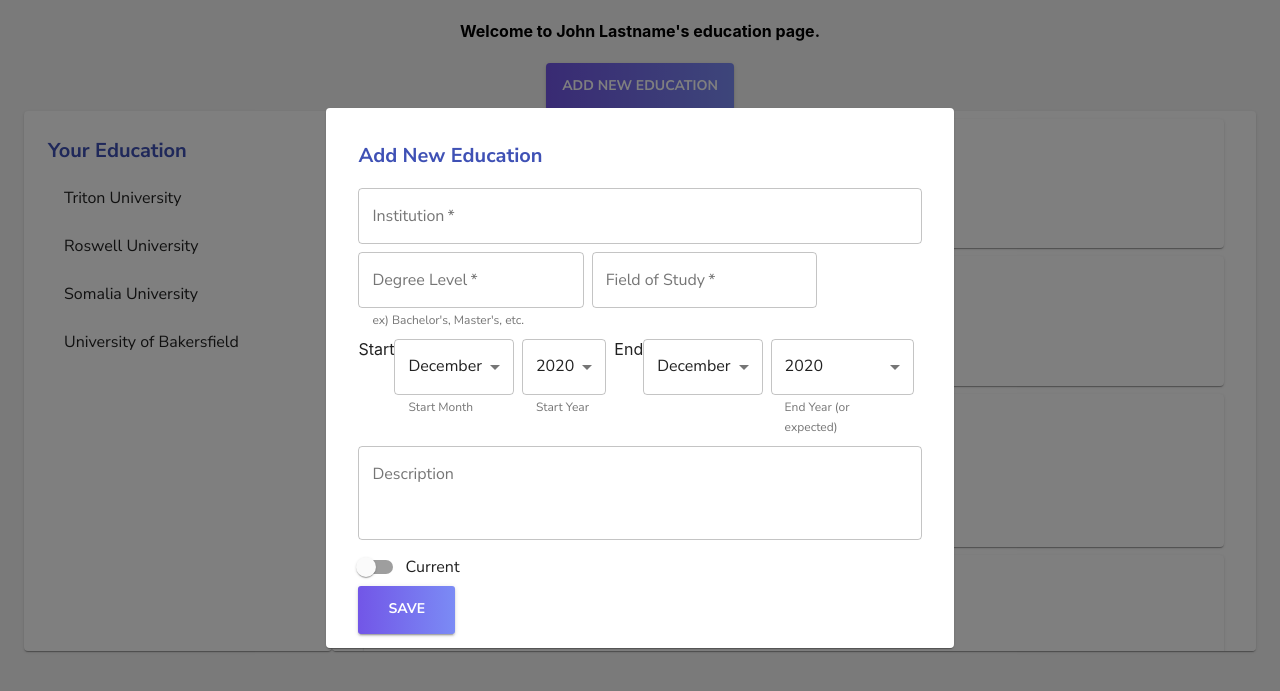
Repository: noellered/Showwcase-React-Challenge
Page: / (app in showwcase-education-react/), after clicking the first element matching `button.MuiButtonBase-root`
These files come from the project's save history. The page is drawn as it stood at one moment and after the next save; the edit follows.
The browser window is 1280 px wide. The pictures show the whole page.
The page's requests for data from a server got no answer. An inner scrolling area shows only its first screen. The project was rebuilt for these pictures with package versions that can differ from the ones it lists, and the page was loaded fresh each time. No one was signed in, and anything a server would have sent is missing. Also part of the build but not shown: showwcase-education-react/src/components/Home.tsx.

Above is the page before, as saved 2020-12-17 18:04:11.

After the next save:
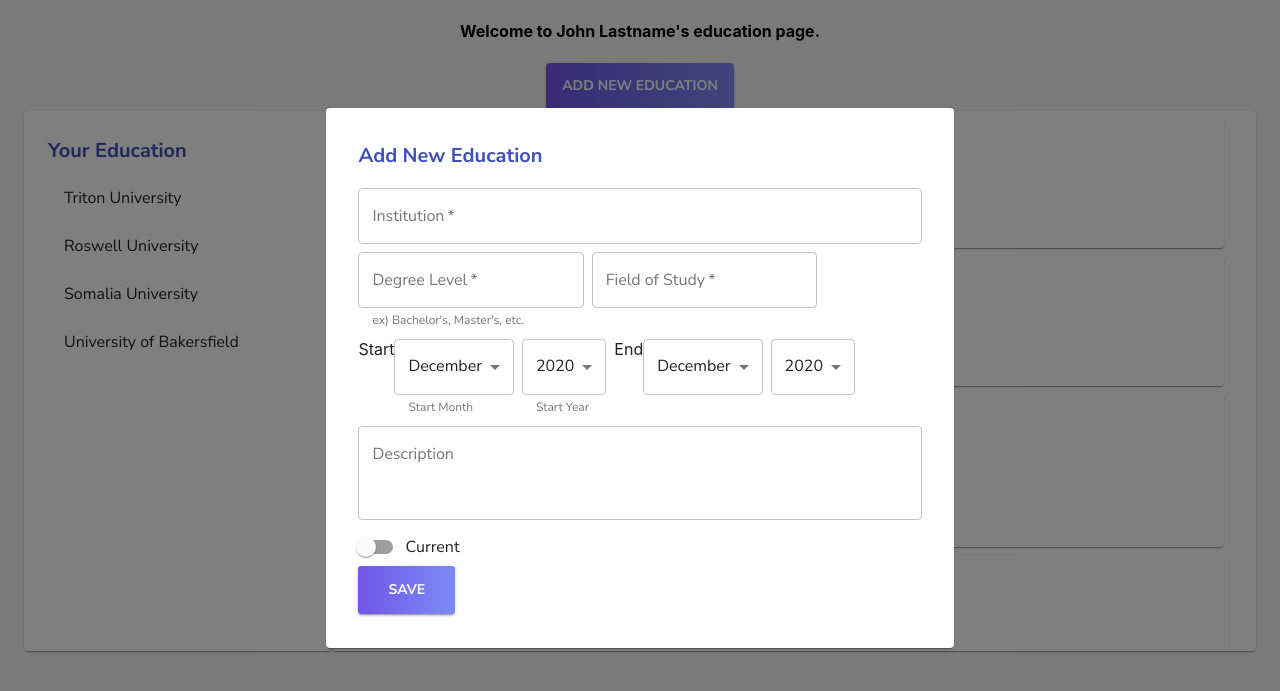
Saved 4 s later.
--- a/showwcase-education-react/src/components/education/EducationModalContent.tsx
+++ b/showwcase-education-react/src/components/education/EducationModalContent.tsx
@@ -181,7 +181,7 @@ const EducationModalContent:FunctionComponent<{handleUpdate: any}>= ({ handleUpd
 
                   <label>End</label>
                     <MonthPicker className={`${classes.input} ${classes.mr}`} id="endMonth" onChange={(e)=> setEnd({...end, month: e.target.value})}/>
-                    <YearPicker className={`${classes.input} ${classes.mr}`} label="End Year (or expected)" id="endYear" onChange={(e)=> setEnd({...end, year: e.target.value})}/>
+                    <YearPicker className={`${classes.input} ${classes.mr}`} id="endYear" onChange={(e)=> setEnd({...end, year: e.target.value})}/>
                 </div>
                 <TextField className={classes.input} multiline fullWidth rows={3} variant="outlined" label="Description" onChange={(e)=> setDescription(e.target.value)}/>
 
